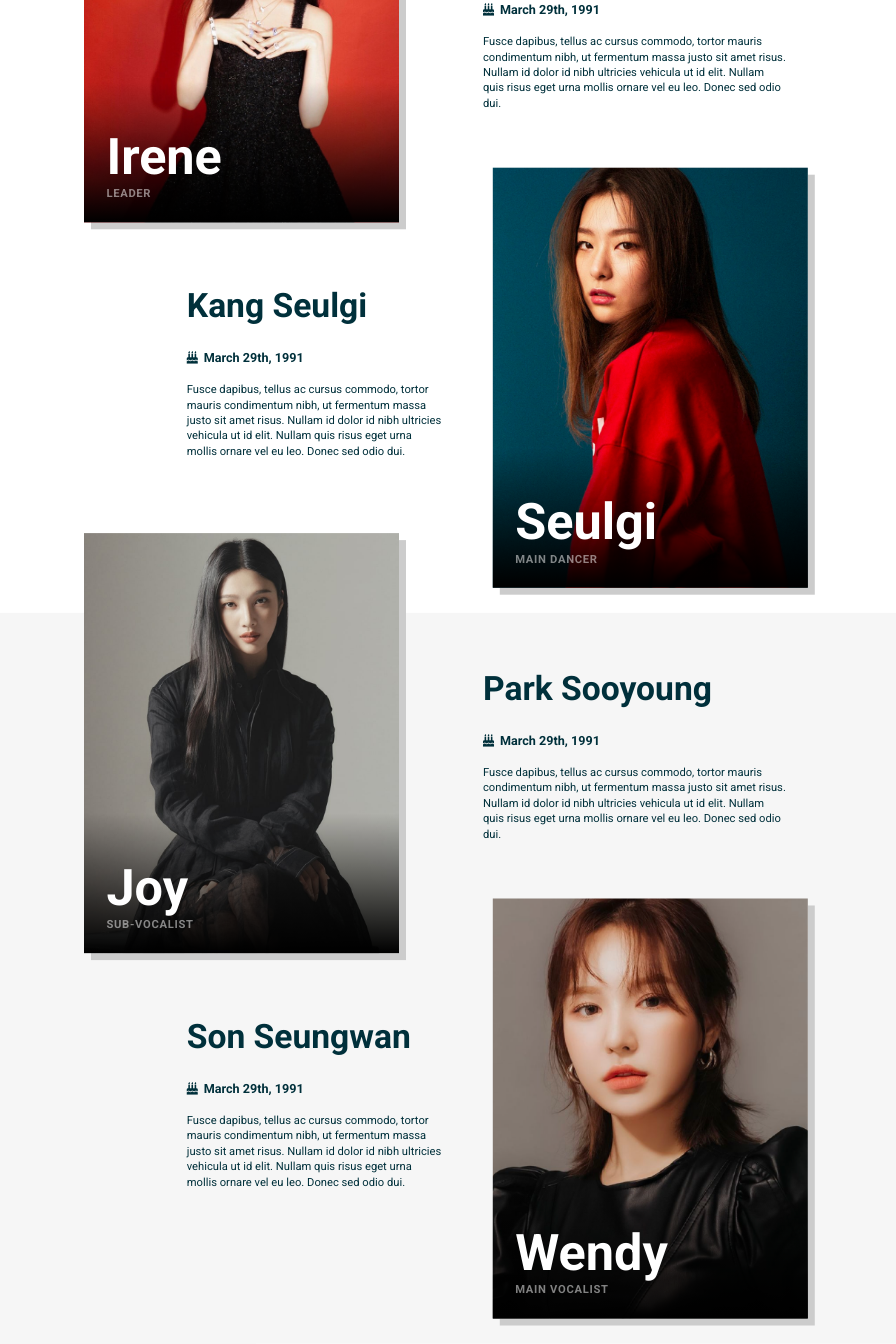
Repository: stillnotdavid/eternity-university
Page: app/index.html
An editor plug-in stored every save of this project. The page is shown before and after the next save, followed by the edit.
The browser window is 1280 px wide. The pictures show the part of the page from y = 1531 to 3451 px (the page is 3451 px tall), at 70% of full size.
The style sheet was rebuilt from its Sass, Less or Tailwind sources for each picture, by a compiler version that may differ from the author's.

Above is the page before, as saved 2021-12-05 22:03:35.

After the next save:
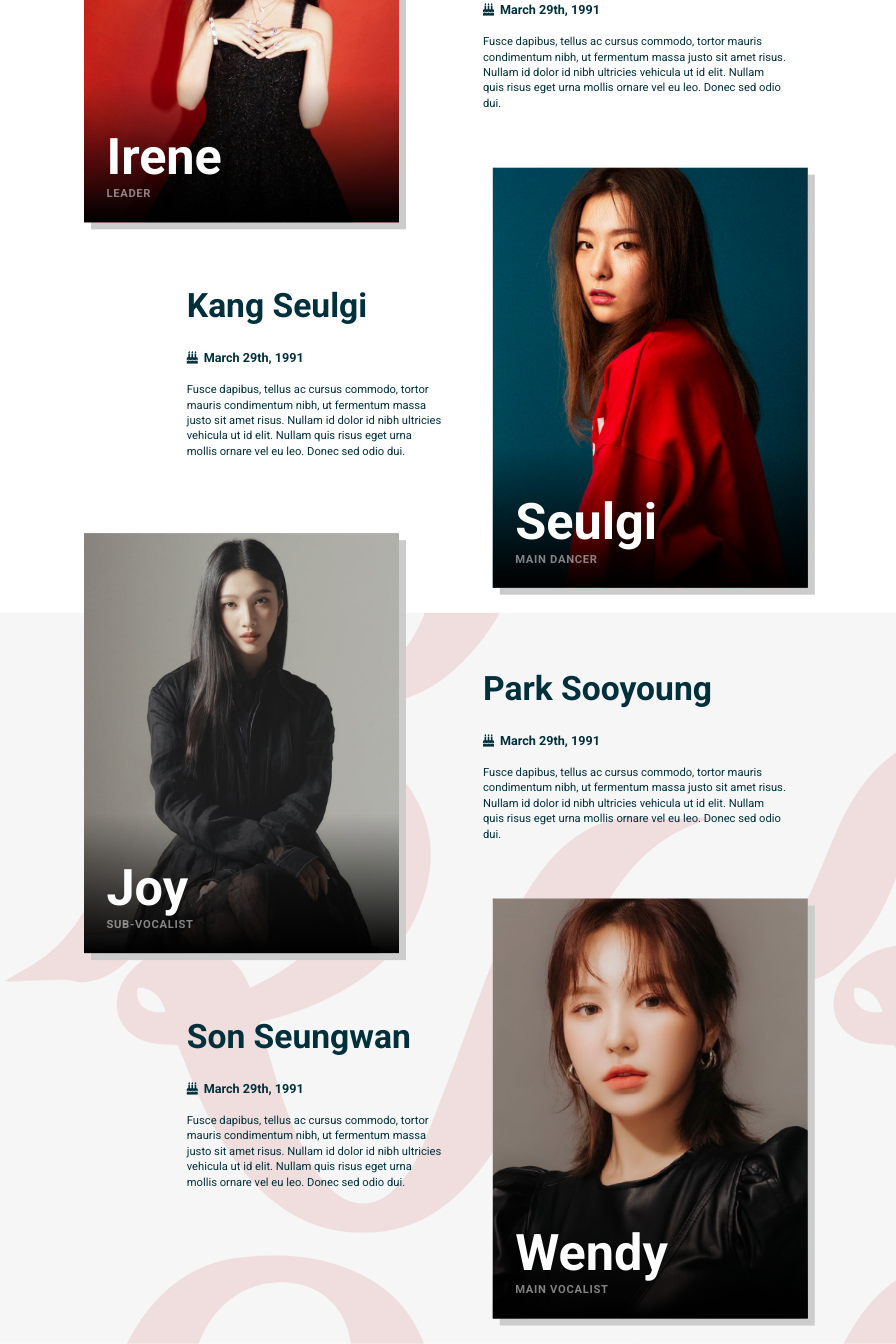
Saved 12 s later.
--- a/app/index.html
+++ b/app/index.html
@@ -119,7 +119,7 @@
         </div>
       </div>
   </section>
-  <section class="members background--gray">
+  <section class="members background--gray  logo-background">
     <div class="container members__container">
       <div class="member">
         <div class="member__photo">

After the save that followed:
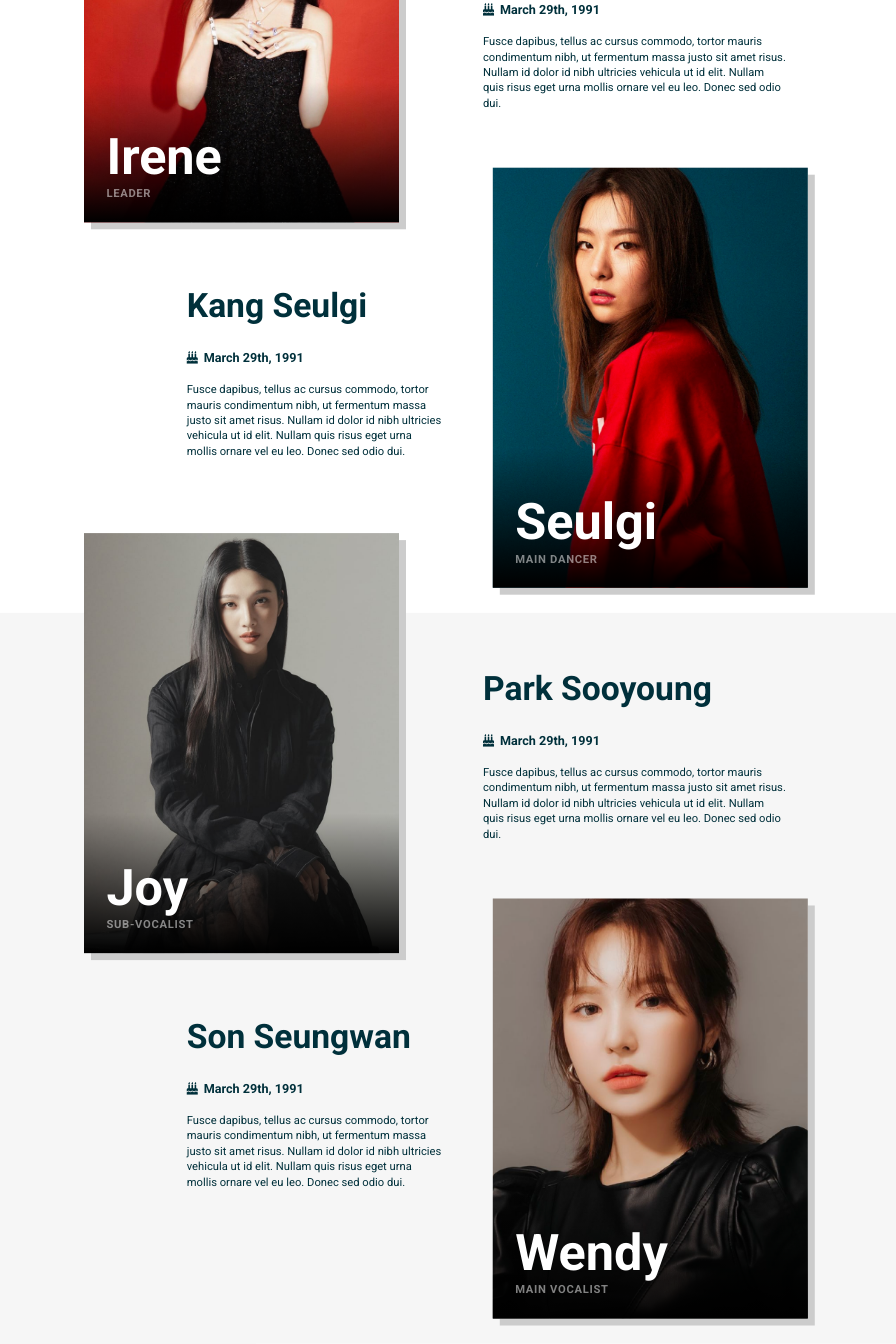
Saved 9 s later.
--- a/app/index.html
+++ b/app/index.html
@@ -119,7 +119,7 @@
         </div>
       </div>
   </section>
-  <section class="members background--gray  logo-background">
+  <section class="members background--gray  logo-background--gray">
     <div class="container members__container">
       <div class="member">
         <div class="member__photo">
